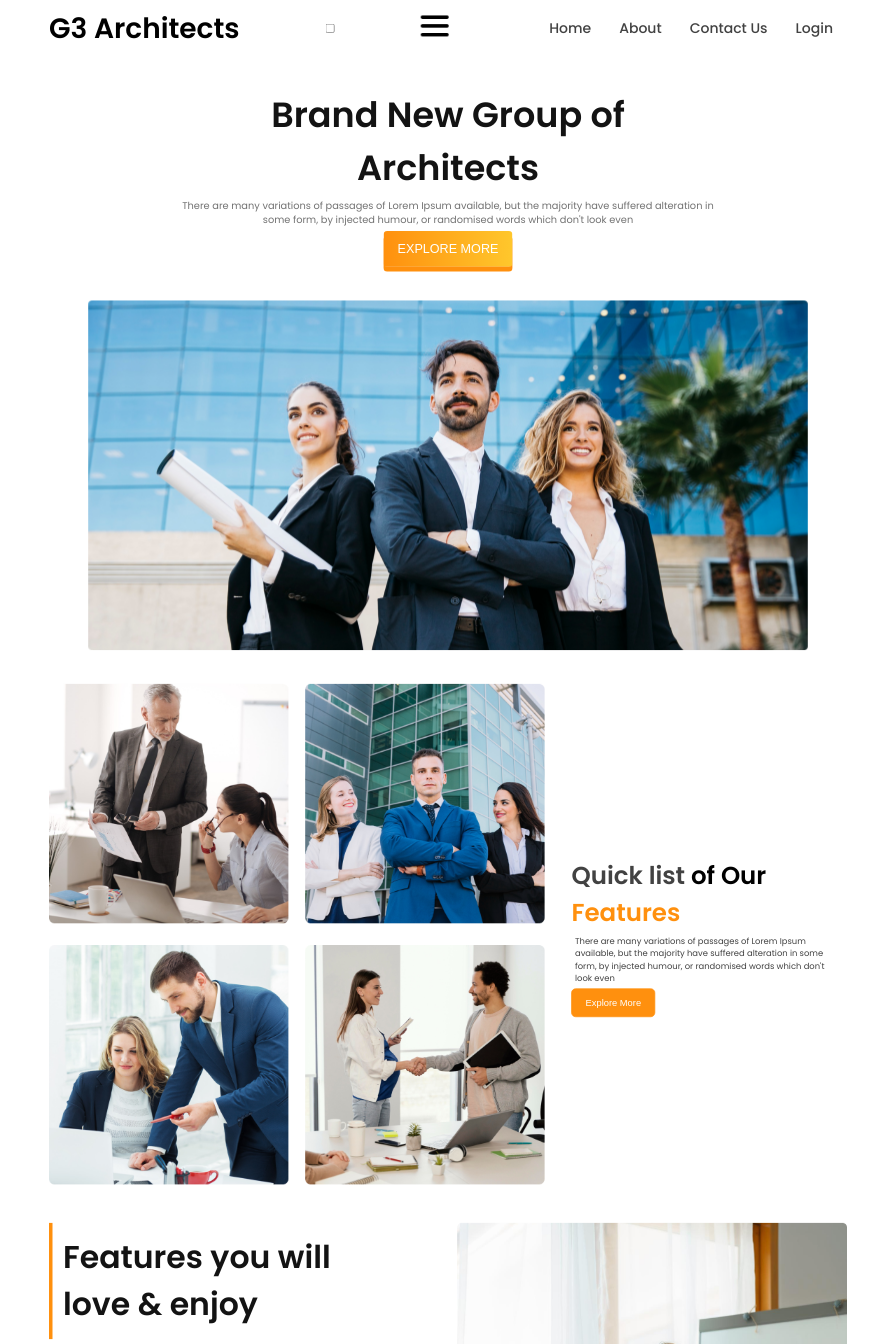
Repository: mdrubel02/G3_Architects
Page: index.html
These files come from the project's save history. The page is drawn as it stood at one moment and after the next save; the edit follows.
The browser window is 1280 px wide. The pictures show the part of the page from y = 0 to 1920 px (the page is 3527 px tall), at 70% of full size.

Above is the page before, as saved 2023-01-15 12:23:56.

After the next save:
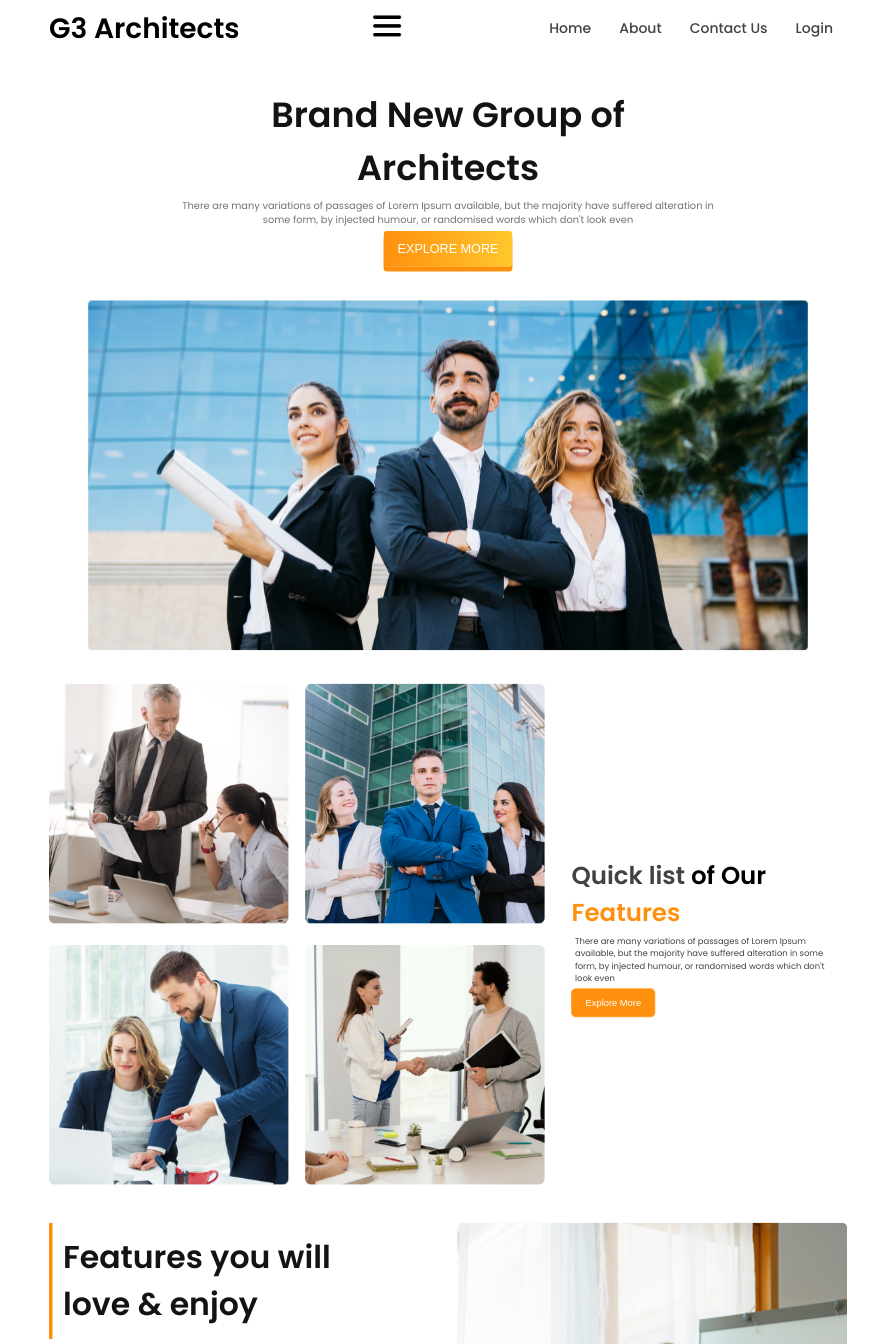
Saved 26 s later.
--- a/style.css
+++ b/style.css
@@ -302,6 +302,6 @@
 }
 /* ========== responsive css ========= */
 /*<================navbar responsive============>*/
-#toggler-logo{
+#nav-toggler{
     display: none;
 }
